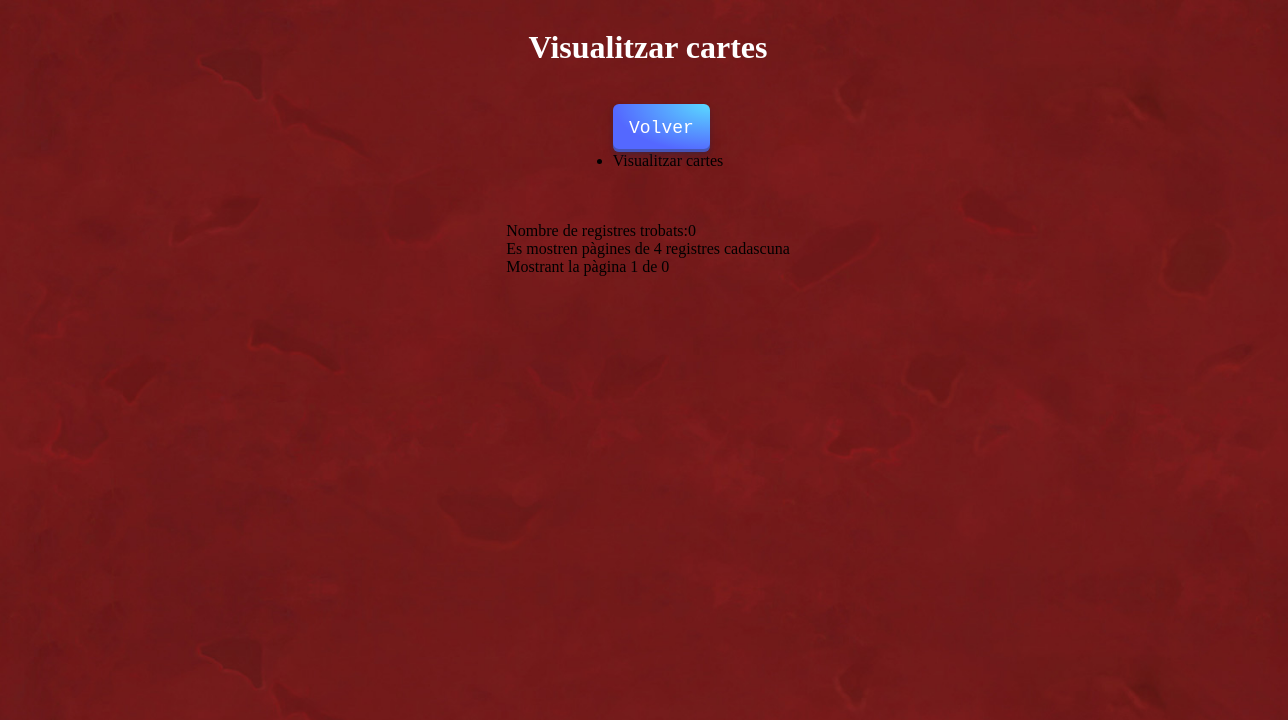
Repository: azumay/Juego-Cartas-RPG
Page: http://localhost/Prueba/verCartas.jsp
The author's editor kept a copy of each file at every save. The page is drawn from the files as they stood at one save, then again after the next save.
The browser window is 1280 px wide. The page is 1288 px wide, so the pictures cover 1288 px, including what lies to the right of the window. The pictures show the whole page.
The page is served by Tomcat 9. Queries for data that is not in the repository find no rows.

Above is the page before, as saved 2022-02-20 17:57:14.

After the next save:
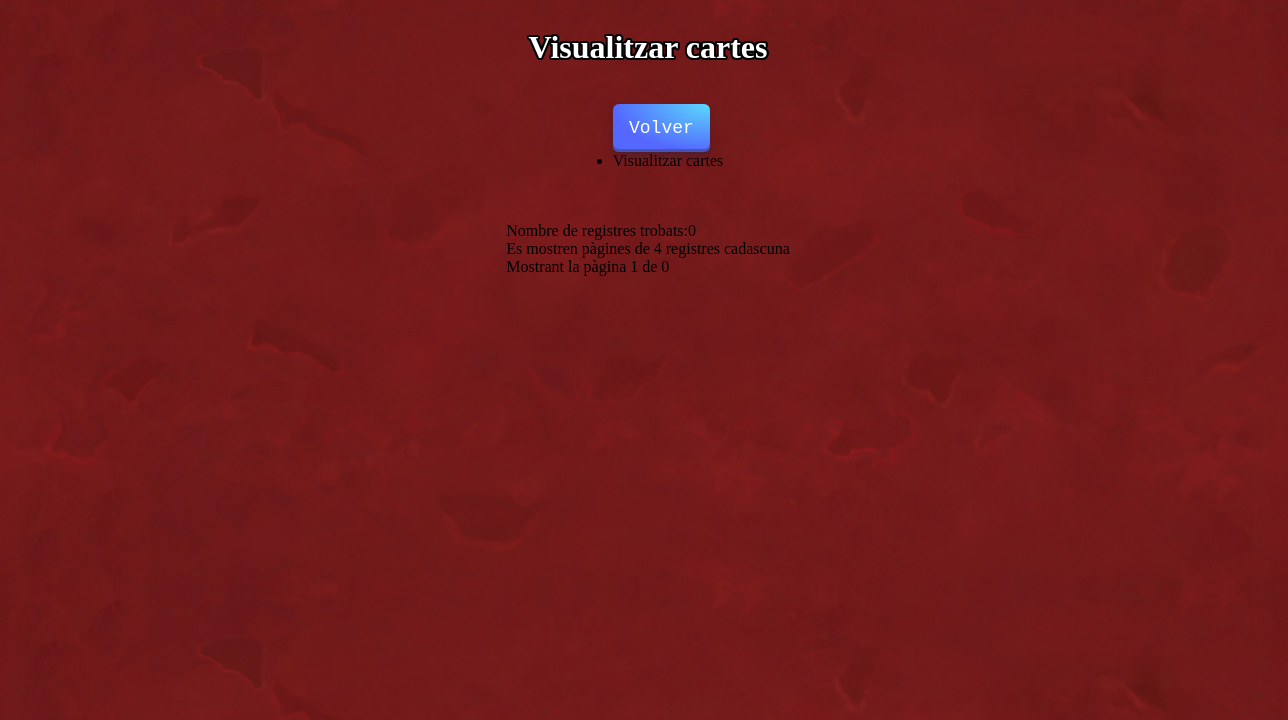
Saved 15 s later.
--- a/Prueba/src/main/webapp/Estilos/estilosCartaRandom.css
+++ b/Prueba/src/main/webapp/Estilos/estilosCartaRandom.css
@@ -1,6 +1,14 @@
 @charset "UTF-8";
 .titol{
-	color: white;
+	color: rgb(255, 255, 255);
+	text-shadow: rgb(0, 0, 0) 2px 0px 0px, rgb(0, 0, 0) 1.75517px 0.95885px
+		0px, rgb(0, 0, 0) 1.0806px 1.68294px 0px, rgb(0, 0, 0) 0.14147px
+		1.99499px 0px, rgb(0, 0, 0) -0.83229px 1.81859px 0px, rgb(0, 0, 0)
+		-1.60229px 1.19694px 0px, rgb(0, 0, 0) -1.97998px 0.28224px 0px,
+		rgb(0, 0, 0) -1.87291px -0.70157px 0px, rgb(0, 0, 0) -1.30729px
+		-1.5136px 0px, rgb(0, 0, 0) -0.42159px -1.95506px 0px, rgb(0, 0, 0)
+		0.56732px -1.91785px 0px, rgb(0, 0, 0) 1.41734px -1.41108px 0px,
+		rgb(0, 0, 0) 1.92034px -0.55883px 0px;
 }
 body {
 	background-image: url("../img/fondo-creacion-cartas.jpg");
